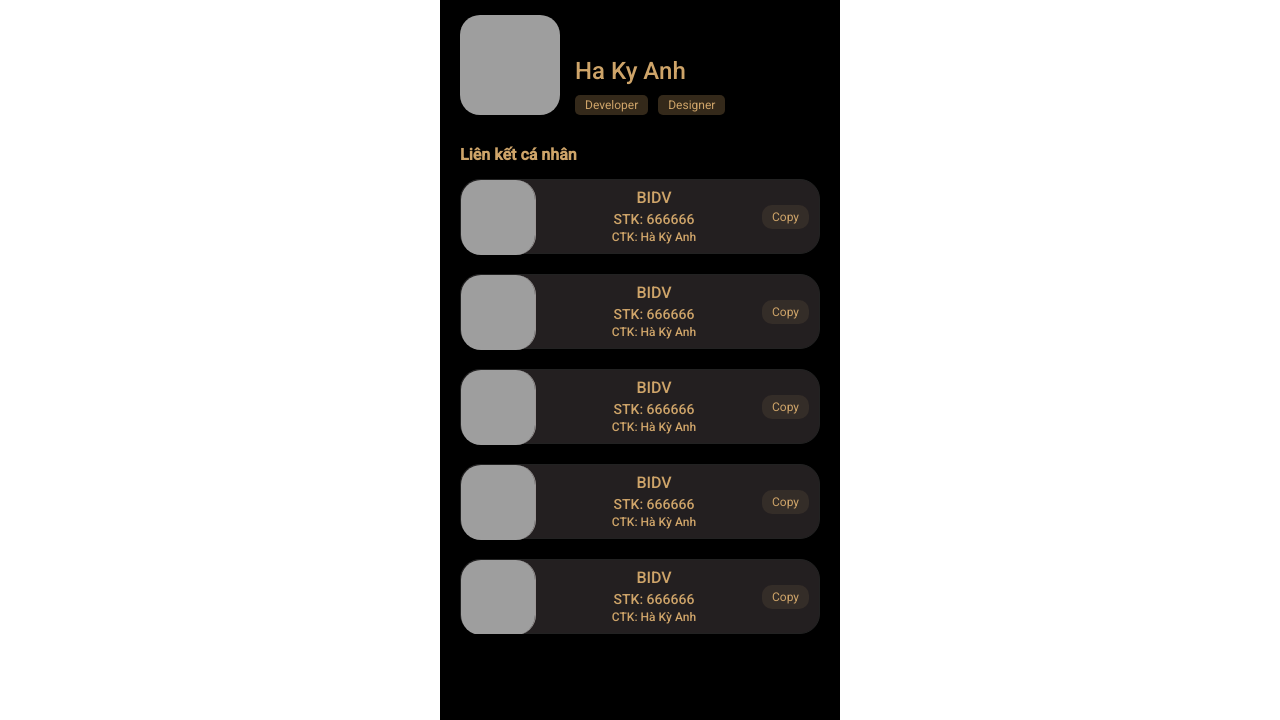
Repository: yzarc204/nguyen-tien-viet-hoang
Page: thong-tin-thanh-toan/index.html
An editor plug-in stored every save of this project. The page is shown before and after a run of saves, followed by the edit.
The browser window is 1280 px wide. The pictures show the whole page.
Pictures or frames that could not be fetched are drawn as grey boxes.

Above is the page before, as saved 2021-09-27 11:14:12.

After the next 2 saves:
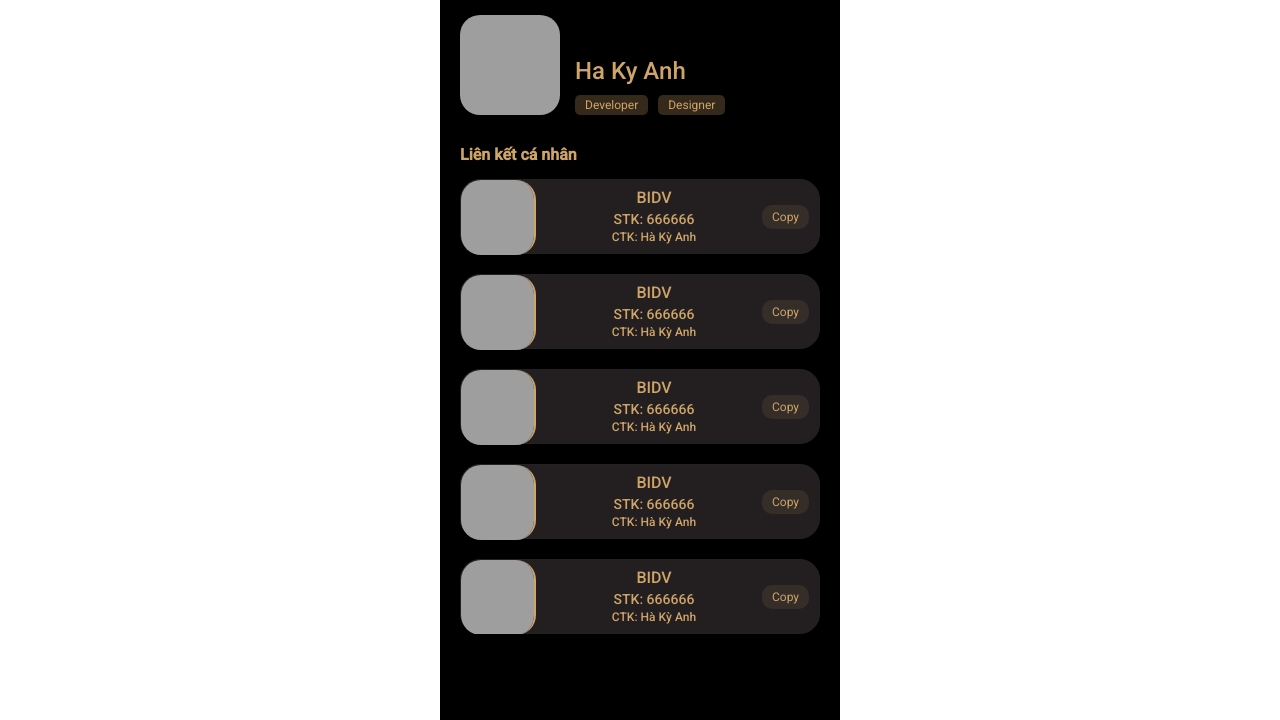
The 2 saves are shown as one change because they came seconds apart.
The last was saved 10 s later.
--- a/thong-tin-thanh-toan/public/css/index.css
+++ b/thong-tin-thanh-toan/public/css/index.css
@@ -104,7 +104,7 @@ body {
 .bank-logo {
     width: var(--size);
     height: var(--size);
-    border-right: 1px solid rgb(156, 150, 150);
+    border-right: 2px solid var(--dark-color);
     border-radius: inherit;
 }
 .bank-info {
